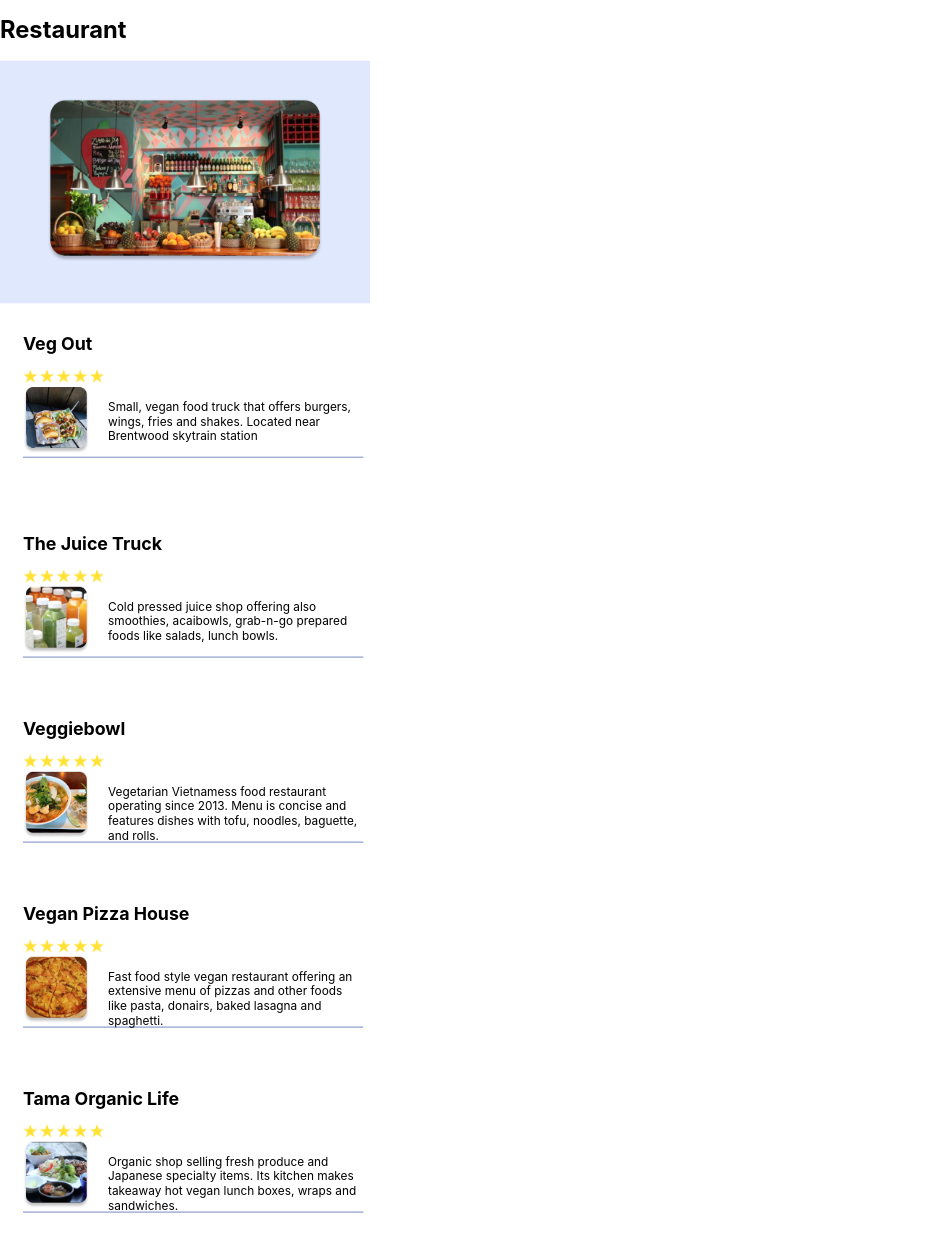
Repository: Kinakopan/design_mindfulEating_site
Page: /restaurant (app in firstapp/)
The author's editor kept a copy of each file at every save. The page is drawn from the files as they stood at one save, then again after the next save.
The browser window is 1280 px wide. The pictures show the whole page, at 74% of full size.
The project was rebuilt for these pictures with package versions that can differ from the ones it lists, and the page was loaded fresh each time. The framework's server and built-in components were replaced by stand-ins that run in the browser. Also part of the build but not shown: firstapp/next.config.js.

Above is the page before, as saved 2022-04-21 10:55:23.

After the next save:
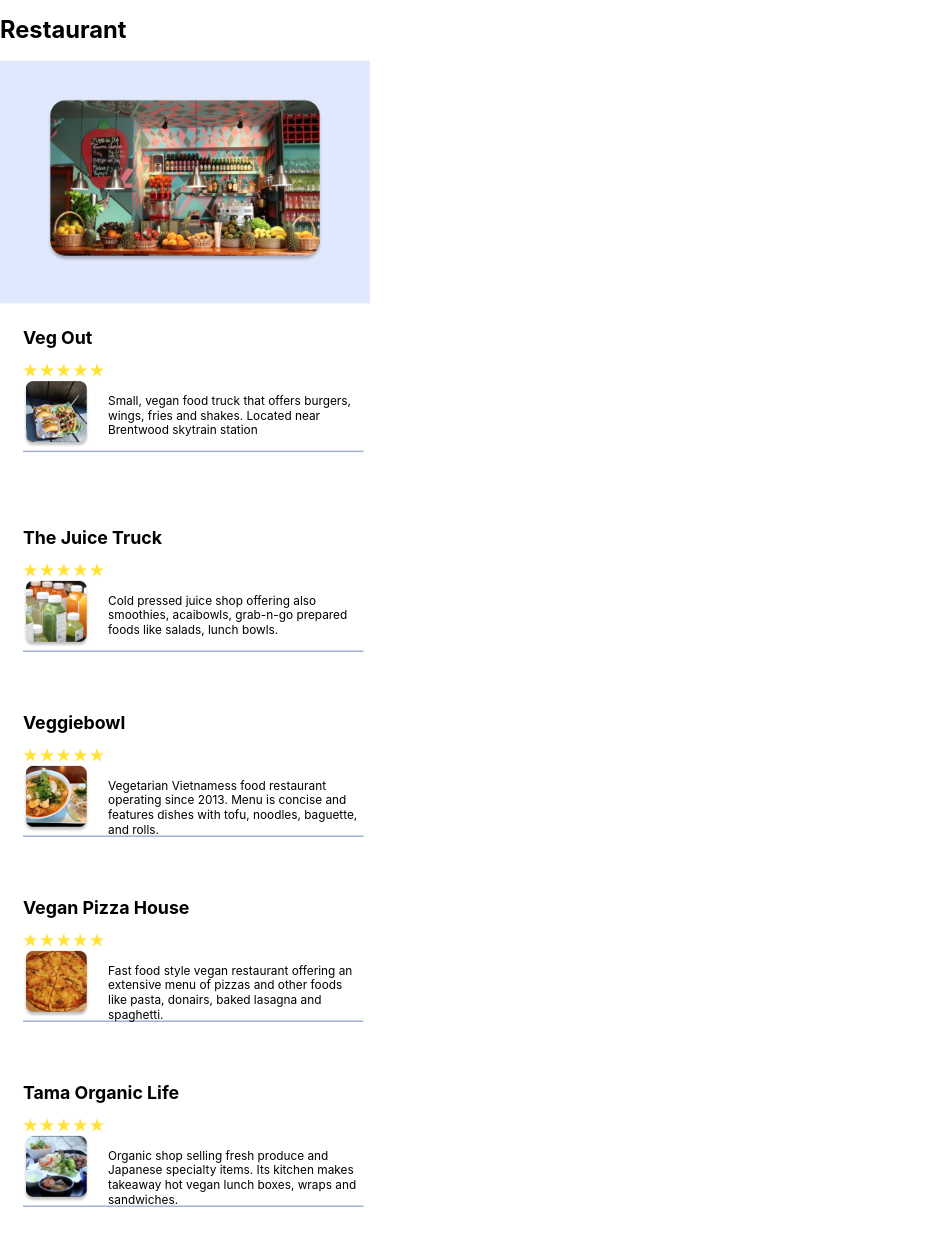
Saved 2 min 32 s later.
--- a/firstapp/comps/RestaurantCard.js
+++ b/firstapp/comps/RestaurantCard.js
@@ -8,7 +8,7 @@ width:500px;
 align-items: center;
 position:relative;
 height: 250px;
-top:10px;
+top:2px;
 left: 1px;
 padding: 10px 10px 10px 30px;
 `
